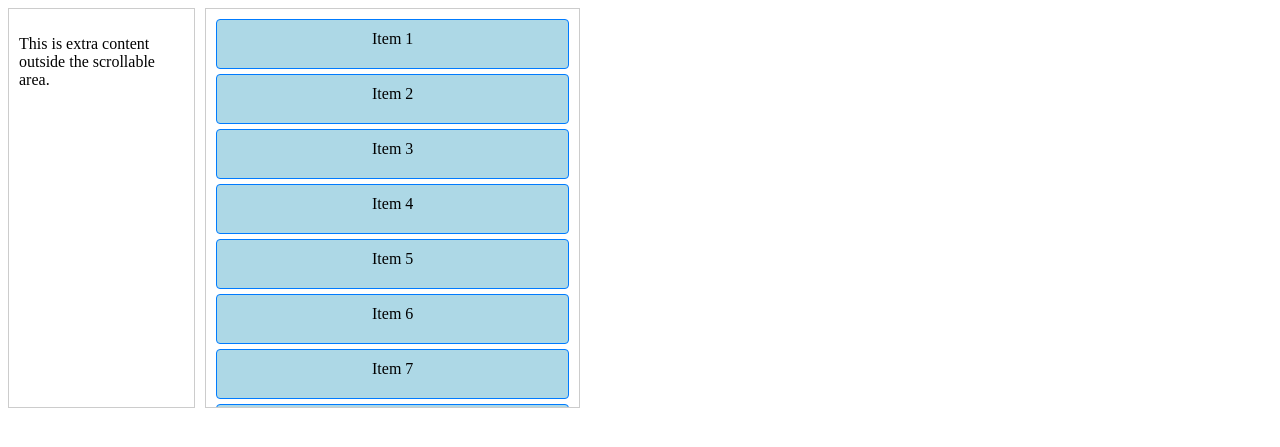
Repository: notgudmewhathuh12122334354556/GroceryInventory
Page: grid.html
These files come from the project's save history. The page is drawn as it stood at one moment and after the next save; the edit follows.
The browser window is 1280 px wide. The pictures show the whole page.

Above is the page before, as saved 2024-11-19 22:49:30.

After the next save:
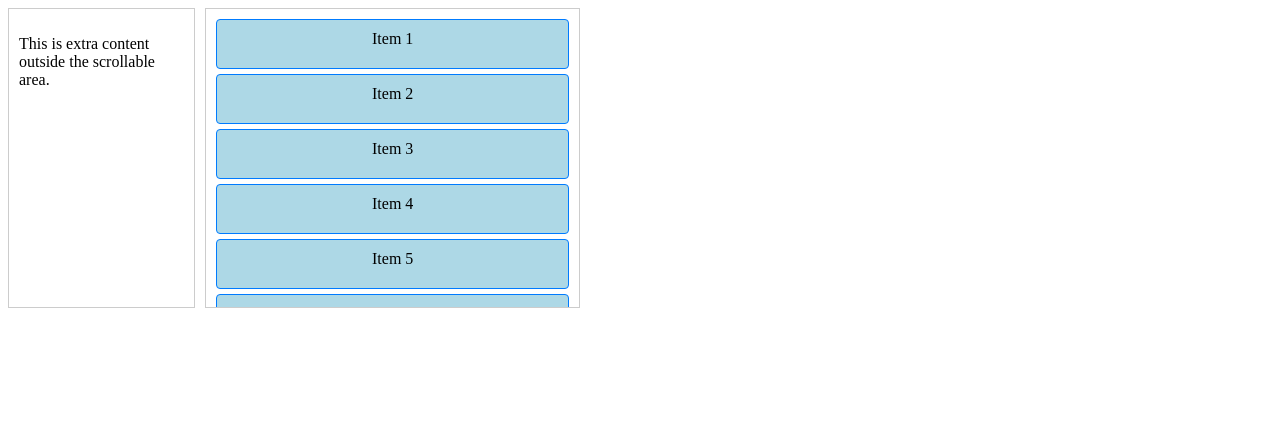
Saved 23 s later.
--- a/grid.html
+++ b/grid.html
@@ -6,7 +6,7 @@
   <title>Scrollable Grid Inside Div</title>
 </head>
 <body>
-  <div style="display: grid; grid-template-columns: 1fr 2fr 2fr 1fr 100px; gap: 10px; height: 400px;">
+  <div style="display: grid; grid-template-columns: 1fr 2fr 2fr 1fr 100px; gap: 10px; height: 300px;">
     <!-- Sidebar or Extra Content -->
     <div style="padding: 10px; border: 1px solid #ccc;">
       <p>This is extra content outside the scrollable area.</p>
